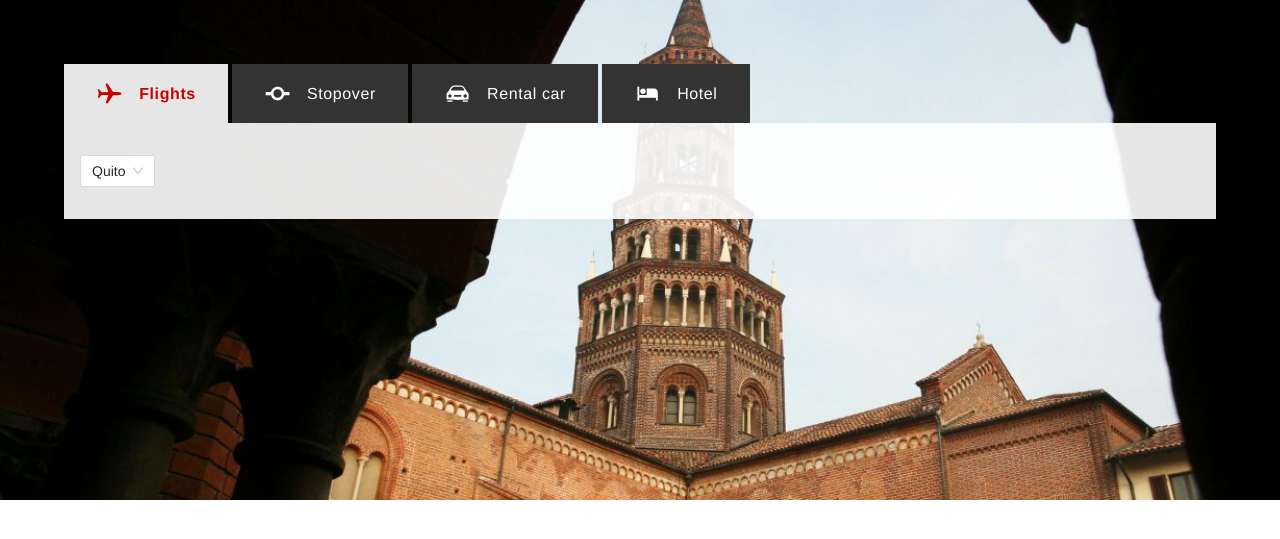
Repository: guidogr95/Everymundo-Excercise
Page: /
The author's editor kept a copy of each file at every save. The page is drawn from the files as they stood at one save, then again after the next save.
The browser window is 1280 px wide. The pictures show the whole page.
The page's requests for data from a server got no answer. The project was rebuilt for these pictures with package versions that can differ from the ones it lists, and the page was loaded fresh each time. No one was signed in, and anything a server would have sent is missing.

Above is the page before, as saved 2021-06-30 23:55:46.

After the next save:
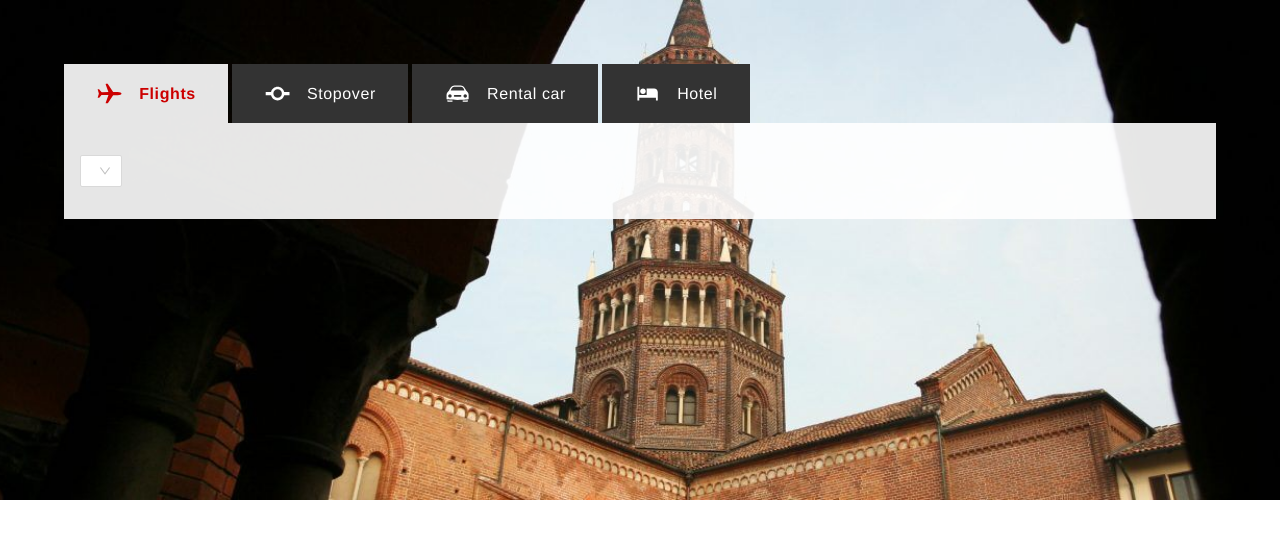
Saved 106 s later.
--- a/src/components/BookingMask/FlightsTab/AirportInput/index.jsx
+++ b/src/components/BookingMask/FlightsTab/AirportInput/index.jsx
@@ -8,7 +8,7 @@ import { fetchAirports } from 'src/api/fetchers'
 const { Option } = Select;
 
 const AirportInput = ({ placeholder }) => {
-  const [term, setTerm] = useState('Quito')
+  const [term, setTerm] = useState('')
   const { isLoading, isError, data, error } = useQuery('airports', () => fetchAirports(term))
   console.log(isLoading, data)
   console.log('term', term)
@@ -21,7 +21,7 @@ const AirportInput = ({ placeholder }) => {
         onSearch={(value) => setTerm(value)}
         onChange={(value) => setTerm(value)}
       >
-        {isLoading ? 'loading' : !isError && data?.airports?.map(airport => <Option>{airport.city}</Option>)}
+        {isLoading ? 'loading' : !isError ? data?.airports?.map(airport => <Option>{airport.city}</Option>) : null}
       </Select>
     </div>
   )
